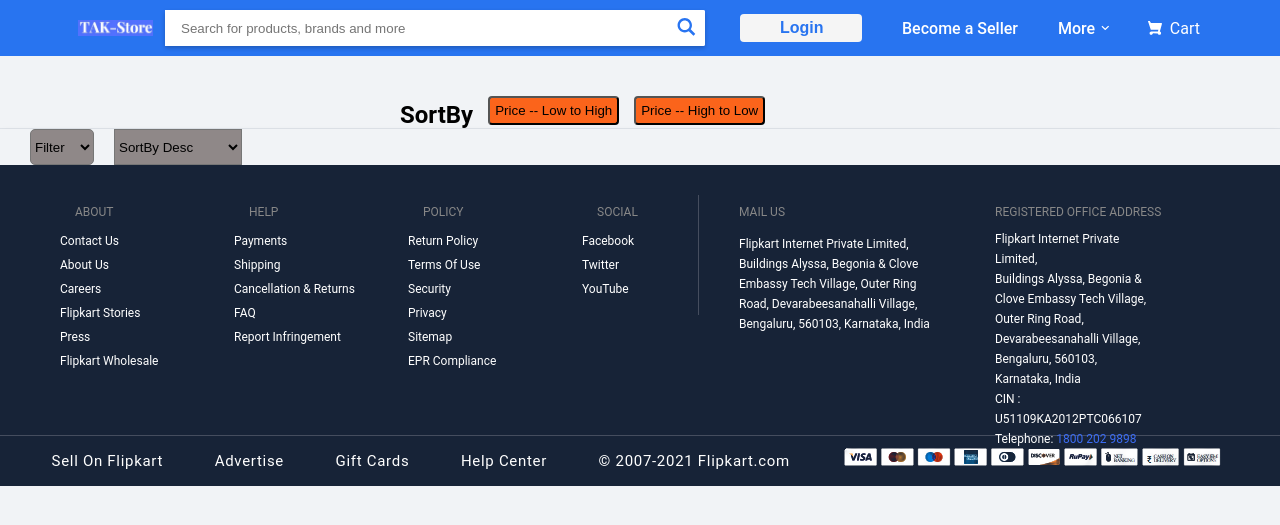
Repository: MSaifKhan01/TAK-Store
Page: PROJECT_Front/fashion.html
These files come from the project's save history. The page is drawn as it stood at one moment and after the next save; the edit follows.
The browser window is 1280 px wide. The pictures show the whole page.
The page's requests for data from a server got no answer.

Above is the page before, as saved 2023-07-22 01:06:59.

### PROJECT_Front/fashion.html
<!DOCTYPE html>
<html lang="en">

<head>
    <meta charset="UTF-8">
    <meta http-equiv="X-UA-Compatible" content="IE=edge">
    <meta name="viewport" content="width=device-width, initial-scale=1.0">
    <title>Document</title>
    <link rel="stylesheet" type="text/css" href="./CSS/fashion.css">
    <style>

    </style>
</head>

<body>
    <header>
        <div class="nav-container">
            <div class="logo">
                <img src="./flipkart images/TAK_store4.jpg"
                    alt="logo">
            </div>
            <div class="search">
                <div class="search-container">
                    <input id="searcBox" type="text" class="search-box" placeholder="Search for products, brands and more">
                    <button id="searchBtn" class="search-btn">
                        <svg width="20" height="20" viewBox="0 0 17 18" class="" xmlns="http://www.w3.org/2000/svg">
                            <g fill="#2874F1" fill-rule="evenodd">
                                <path class="_34RNph"
                                    d="m11.618 9.897l4.225 4.212c.092.092.101.232.02.313l-1.465 1.46c-.081.081-.221.072-.314-.02l-4.216-4.203">
                                </path>
                                <path class="_34RNph"
                                    d="m6.486 10.901c-2.42 0-4.381-1.956-4.381-4.368 0-2.413 1.961-4.369 4.381-4.369 2.42 0 4.381 1.956 4.381 4.369 0 2.413-1.961 4.368-4.381 4.368m0-10.835c-3.582 0-6.486 2.895-6.486 6.467 0 3.572 2.904 6.467 6.486 6.467 3.582 0 6.486-2.895 6.486-6.467 0-3.572-2.904-6.467-6.486-6.467">
                                </path>
                            </g>
                        </svg>
                    </button>
                </div>
            </div>
            <div class="login">
                <div class="dropdown">
                    <!-- onclick="myFunction()" -->
                    <button  class="dropbtn">Login</button>
                    <div id="myDropdown" class="dropdown-content">
                        <a href="login.html">Login</a>
                        <a href="signup.html">Register</a>
                        <a href="product.html">Admin</a>
                    </div>
                </div>
                <!-- <button>
                    <a style="text-decoration: none;" href="login.html">Login</a>

                </button> -->
            </div>
            <div class="become-seller">
                Become a Seller
            </div>
            <div class="more">
                More
                <svg width="4.7" height="8" viewBox="0 0 16 27" xmlns="http://www.w3.org/2000/svg" class="zZ3yfL">
                    <path d="M16 23.207L6.11 13.161 16 3.093 12.955 0 0 13.161l12.955 13.161z" fill="#fff"
                        class="_2gTTdy"></path>
                </svg>
            </div>
            <div class="cart">
                <svg class="V3C5bO" width="14" height="14" viewBox="0 0 16 16" xmlns="http://www.w3.org/2000/svg">
                    <path class="_1bS9ic"
                        d="M15.32 2.405H4.887C3 2.405 2.46.805 2.46.805L2.257.21C2.208.085 2.083 0 1.946 0H.336C.1 0-.064.24.024.46l.644 1.945L3.11 9.767c.047.137.175.23.32.23h8.418l-.493 1.958H3.768l.002.003c-.017 0-.033-.003-.05-.003-1.06 0-1.92.86-1.92 1.92s.86 1.92 1.92 1.92c.99 0 1.805-.75 1.91-1.712l5.55.076c.12.922.91 1.636 1.867 1.636 1.04 0 1.885-.844 1.885-1.885 0-.866-.584-1.593-1.38-1.814l2.423-8.832c.12-.433-.206-.86-.655-.86"
                        fill="#fff"></path>
                </svg>
                <a href="./addTocart.html" style="text-decoration: none;color: white;"><p>Cart <span id="span"></span></p></a>
            </div>
        </div>
    </header>
    <div class="sort">
        <h2>SortBy</h2>
        <button id="sort1">Price -- Low to High</button>
        <button id="sort2">Price -- High to Low</button>
    </div>
    <div class="main">
        <div class="leftdiv">
            <!-- filter part -->
            <div style="display: flex; margin-left: 30px; gap: 20px;">


                <div>
                    <select name="filter" id="filter">
                        <option value="filter">Filter</option>
                    </select>
                </div>
                <div>
                    <select name="featured" id="featured" data-bs-toggle="tooltip" data-bs-title="Another tooltip">
                        <option value="">SortBy Desc</option>
                        <option value="atoz">A To Z</option>
                        <option value="ztoa">Z To A</option>

                    </select>
                </div>
            </div>
        </div>
        <div class="bestofElctronic_product_item">

        </div>
    </div>



    </div>
    </div>
    <!-- footer -->

    <footer>

        <div class="footer-row">
            <div class="footer-col-1">
                <div class="footer-heading">
                    <p>ABOUT</p>
                </div>
                <div class="footer-list">
                    <a href="#">Contact Us</a>
                    <a href="#">About Us</a>
                    <a href="#">Careers</a>
                    <a href="#">Flipkart Stories</a>
                    <a href="#">Press</a>
                    <a href="#">Flipkart Wholesale</a>
                </div>
            </div>
            <div class="footer-col-2">
                <div class="footer-heading">
                    <p>HELP</p>
                </div>
                <div class="footer-list">
                    <a href="#">Payments</a>
                    <a href="#">Shipping</a>
                    <a href="#">Cancellation & Returns</a>
                    <a href="#">FAQ</a>
                    <a href="#">Report Infringement</a>

                </div>
            </div>
            <div class="footer-col-3">
                <div class="footer-heading">
                    <p>POLICY</p>
                </div>
                <div class="footer-list">
                    <a href="#">Return Policy</a>
                    <a href="#">Terms Of Use</a>
                    <a href="#">Security</a>
                    <a href="#">Privacy</a>
                    <a href="#">Sitemap</a>
                    <a href="#">EPR Compliance</a>
                </div>
            </div>
            <div class="footer-col-4">
                <div class="footer-heading">
                    <p>SOCIAL</p>
                </div>
                <div class="footer-list">
                    <a href="#">Facebook</a>
                    <a href="#">Twitter</a>
                    <a href="#">YouTube</a>

                </div>
            </div>

            <div class="footer-col-5">
                <div class="footer-heading">
                    <p>Mail Us</p>
                </div>
                <div class="footer-list">
                    <p>Flipkart Internet Private Limited,
                        Buildings Alyssa, Begonia &
                        Clove Embassy Tech Village,
                        Outer Ring Road, Devarabeesanahalli Village,
                        Bengaluru, 560103,
                        Karnataka, India</p>

                </div>
            </div>

            <div class="footer-col-6">
                <div class="footer-heading">
                    <p>Registered Office Address</p>
                </div>
                <div class="footer-list-address">
                    <p>Flipkart Internet Private Limited,</p>
                    <p>Buildings Alyssa, Begonia &</p>
                    <p>Clove Embassy Tech Village,</p>
                    <p>Outer Ring Road, Devarabeesanahalli Village,</p>
                    <p>Bengaluru, 560103,</p>
                    <p>Karnataka, India</p>
                    <p>CIN : U51109KA2012PTC066107</p>
                    <p> Telephone:<span> 1800 202 9898</span></p>

                </div>
            </div>
        </div>
        <div class="footer-row2">
            <div class="footer-row2-col">
                <p> <i class="fas fa-shopping-bag"></i>Sell On Flipkart</p>
            </div>
            <div class="footer-row2-col">
                <p><i class="fas fa-star"></i>Advertise</p>
            </div>
            <div class="footer-row2-col">
                <p><i class="fas fa-gift"></i>Gift Cards</p>
            </div>
            <div class="footer-row2-col">
                <p><i class="fas fa-question-circle"></i>Help Center</p>
            </div>
            <div class="footer-row2-col">
                <p>© 2007-2021 Flipkart.com</p>
            </div>
            <div class="footer-row2-col">
                <img src="./flipkart images/payment.png" alt="payments">
            </div>
        </div>
    </footer>
</body>

<script>
//     let bestofElctronic_product_itemEl = document.querySelector(".bestofElctronic_product_item")
//     let CartArr = JSON.parse(localStorage.getItem("length")) || [];

//     span.innerText=CartArr

//     fetch("http://localhost:8000/fashion", {
//         method: "GET",
//         headers: {
//             //   authorization: `${sessionStorage.getItem("token")}`,

//             "content-type": "application/json",
//         },
//     })
//         .then((res) => {
//             return res.json();
//         })
//         .then((data) => {

//             display(data);
//             searchbar(data)
//             console.log(data);
//             // display(sorted1)
//         });


//         let sort1=document.getElementById("sort1")
//         sort1.addEventListener("click",()=>{
//             sorting1()
//         })
//         function sorting1(){

//             fetch("http://localhost:8000/fashion/sort1", {
//         method: "GET",
//         headers: {
//             //   authorization: `${sessionStorage.getItem("token")}`,
//             "content-type": "application/json",
//         },
//     })
//         .then((res) => {
//             return res.json();
//         })
//         .then((data) => {
//             console.log(data);
//             display(data);
//             // display(sorted1)
//         });
//         }

//         let sort2=document.getElementById("sort2")
//         sort2.addEventListener("click",()=>{
//             sorting2()
//         })
//         function sorting2(){

//             fetch("http://localhost:8000/fashion/sort2", {
//         method: "GET",
//         headers: {
//             //   authorization: `${sessionStorage.getItem("token")}`,
//             "content-type": "application/json",
//         },
//     })
//         .then((res) => {
//             return res.json();
//         })
//         .then((data) => {
//             console.log(data);
//             display(data);
//             // display(sorted1)
//         });
//         }

//         let featured=document.getElementById("featured")
//         function sorting3(){

//            fetch("http://localhost:8000/fashion/sort3", {
//        method: "GET",
//        headers: {
//            //   authorization: `${sessionStorage.getItem("token")}`,
//            "content-type": "application/json",
//        },
//    })
//        .then((res) => {
//            return res.json();
//        })
//        .then((data) => {
//            console.log(data);
//            display(data);

//        });
//        }
//         function sorting4(){

//            fetch("http://localhost:8000/fashion/sort4", {
//        method: "GET",
//        headers: {
//            //   authorization: `${sessionStorage.getItem("token")}`,
//            "content-type": "application/json",
//        },
//    })
//        .then((res) => {
//            return res.json();
//        })
//        .then((data) => {
//            console.log(data);
//            display(data);

//        });
//        }
//   featured.addEventListener("change",()=>{

//     if(featured.value=="atoz"){
//         sorting3()

//     }else if(featured.value=="ztoa"){
//         sorting4()

//     }

//   })

//   function searchbar(data){
//     let search = document.getElementById("searcBox");
//     search.addEventListener("input", (e) => {
//       e.preventDefault();
//       const value = e.target.value;

//       let newArr = data.filter(element => {

//         return element.size.toLowerCase().includes(value) || element.description.toLowerCase().includes(value);

//       })
//       console.log(data)
//       display(newArr)

//     })

// }



//     function display(data) {

//         bestofElctronic_product_itemEl.innerHTML = null
//         data.forEach(el => {
//             let card = document.createElement("div")
//             card.classList.add("card")
//             let link1 = document.createElement("a")
//             link1.classList.add("BestofElectronic_item")
//             link1.link = el.link
//             let div1 = document.createElement("div")
//             div1.classList.add("bestOfElectornic_image_Product")
//             let img = document.createElement("img")
//             img.src = el.image
//             let div2 = document.createElement("div")
//             div2.classList.add("bestofElectronicmoreOption")

//             let p = document.createElement("p")
//             p.classList.add("bestofElectornicProduct_name")
//             p.innerText = el.description
//             let p2 = document.createElement("p")
//             p2.classList.add("bestofElecronic_discount")
//             p2.innerText = `₹${el.new_price}`
//             let p3 = document.createElement("p")
//             p3.classList.add("bestofElectronic_brand")
//             p3.innerText = el.hidden_stars

//             p3.style.color = 'red'
//             let p4 = document.createElement("p")
//             p4.innerText=el.quantity
//             let div3 = document.createElement("div")
//             div3.classList.add("btndiv")
//             let btn1 = document.createElement("button")
//             btn1.innerText = "Show Details"
//             let btn2 = document.createElement("button")
//             btn2.innerText = "Add to Cart"

//             div1.append(img)
//             div3.append(btn1, btn2)
//             div2.append(p, p2, p3, div3)
//             link1.append(div1, div2)
//             card.append(link1)

//             bestofElctronic_product_itemEl.append(card)


//             btn2.addEventListener("click", () => {
//         // if (checkDuplicate(data)) {
//         //   alert("Product Already in Cart")
//         // } else {
//         //   CartArr.push(el);
//         //   localStorage.setItem("cart", JSON.stringify(CartArr));
//         //   alert("Product Added To Cart")
//         //   window.location.href = "./addTocart.html"
//         // }
// // console.log(el)
// let token=sessionStorage.getItem("token")

//         if(token){
//             fetch(`http://localhost:8000/cart/Fashion/${el._id}`,{

// method:"POST",
// headers:{
//     "Content-Type":"application/json",
//     "Authorization":`${sessionStorage.getItem("token")}`
// }
// // body:JSON.stringify(el)
// })
// .then((res)=>{
// return res.json()
// })
// .then((data)=>{
// // console.log(data)

// if(data.ok){
// alert(data.msg)
// }
// else{
// alert(data.msg)
// }
// // data.push({...el,qty:1})
// // alert("Product added to cart")
// console.log(data)
// })
// .catch((err)=>{
// console.log(err)
// })
//         }else{
//             alert("You need to login")
//         }

//       })




//         })


//     }





// //     function checkDuplicate(data) {
// //     for (let i = 0; i < CartArr.length; i++) {

// //       if (CartArr[i]._id === data._id) {
// //         return true;

// //       }
// //     }
// //     return false;
// //   }


</script>

</html>

<script src="./JS/fashion.js"></script>

### PROJECT_Front/CSS/fashion.css
* {
    margin: 0;
    padding: 0;
    box-sizing: border-box;
}

body {
    font-family: 'Roboto', sans-serif;
    background-color: #f1f3f6;
    width: 100%;
}

:root {
    --primary-color: #2874f0;
}

.container {
    padding: 0 8px;
}

/* <---navbar1 ---> start*/

header {
    background-color: var(--primary-color);
    height: 56px;
    position: sticky;
    margin-top: 0px;
}

header .nav-container {
    display: flex;
    /* justify-content: space-between; */
    align-items: center;
    height: 100%;
    max-width: 1248px;
    margin: 0 auto;
}

header .nav-container .logo {
    display: flex;
    min-width: 137px;
    justify-content: flex-end;
}

header .nav-container .logo img {
    width: 75px;
}

header .search {
    height: 100%;
    display: flex;
    align-items: center;
    margin-left: 12px;
}

@media only screen and (max-width: 700px) {
    header .search {
        display: none;
    }

    header {
        background-color: var(--primary-color);
        height: 56px;
        width: 100%;
        position: sticky;
        margin-top: 0px;
    }

    .bestofElctronic_product_item {

        display: grid;
        width: 80%;
        gap: 15px;
        grid-template-columns: repeat(2, 1fr);
        overflow: hidden;
    }

    .leftdiv {
        /* width: 20%; */
        display: none;
    }
    footer {
    background-color: #172337;
    height: 332;
    width: 100%;
}
.footer-row2-col img{
    display: none;
}
}

header .search .search-container {
    width: 540px;
    height: 36px;
    background-color: white;
    border-radius: 2px;
    box-shadow: 0 2px 4px 0 rgb(0 0 0 / 23%);
    display: flex;
}

header .search .search-container input {
    width: calc(100% - 32px);
    padding: 16px;
    outline: none;
    border: none;
}

header .search .search-container button {
    width: 36px;
    height: 100%;
    padding: 0 8px;
    display: flex;
    justify-content: center;
    align-items: center;
    border: none;
    background-color: white;
    border-radius: 0 2px 2px 0;
    cursor: pointer;
}

.main>ul>li>a {
    color: #140d29;
    font-weight: 800;
    text-decoration: none;
    font-size: 14px;

}

.megamenu {
    background-color: white;

    position: absolute;
    top: 100%;
    left: 0px;
    width: 100%;
    display: flex;
    opacity: 0;
    visibility: hidden;
    box-shadow: rgba(100, 100, 111, 0.2) 0px 7px 29px 0px;

}


.dropbtn {
    background-color: whitesmoke;
    color: white;
    padding: 16px;
    font-size: 16px;
    border: none;
    cursor: pointer;
}

.dropbtn:hover,
.dropbtn:focus {
    background-color: #2980B9;
}

.dropdown {
    position: relative;
    display: inline-block;
}

.dropdown-content {
    display: none;
    position: absolute;
    background-color: #f1f1f1;
    min-width: 160px;
    overflow: auto;
    box-shadow: 0px 8px 16px 0px rgba(0, 0, 0, 0.2);
    z-index: 1;
}

.dropdown-content a {
    color: black;
    padding: 12px 16px;
    text-decoration: none;
    display: block;
}

.dropdown a:hover {
    background-color: #ddd;
}

.show {
    display: block;
}

header .login {
    height: 100%;
    display: flex;
    align-items: center;
    margin: 0 20px;
}

header .login button {
    width: 122px;
    padding: 5px 40px;
    font-size: 16px;
    font-weight: 600;
    color: var(--primary-color);
}

header .become-seller {
    height: 100%;
    display: flex;
    align-items: center;
    margin: 0 20px;
    color: white;
    font-size: 16px;
    font-weight: 500;
}

header .more {
    height: 100%;
    display: flex;
    align-items: center;
    margin: 0 20px;
    color: white;
    font-size: 16px;
    font-weight: 500;
}

header .more svg {
    margin-left: 8px;
    rotate: -90deg;
}

header .cart {
    height: 100%;
    display: flex;
    /* position: relative; */
    align-items: center;
    margin: 0 20px;
    color: white;
}

header .cart svg {
    margin-right: 8px;
}

/* <---navbar1 ---> end*/

.BestofElectronic_item {
    background-color: white;
    min-width: 210px;
    max-width: 210px;
    height: 310px;
    position: relative;
    display: flex;

    align-items: center;
    flex-direction: column;
}



.bestOfElectornic_image_Product img {
    width: 90%;
    margin-top: 13px;
    max-height: 210px;
    display: flex;
    justify-content: center;
    align-items: center;

}

.bestofElectornicProduct_name {
    font-size: 15px;
    padding: 5px;
    letter-spacing: 0.5px;
}

.bestofElecronic_discount {
    color: #388e3c;
}

.bestofElectronic_brand {
    color: rgb(143, 136, 136);
}
#featured{
width: 10vw;
height: 5vh;
background-color: rgb(143, 136, 136);
}
#filter{
width: 5vw;
border-radius: 5px;
height: 5vh;
background-color: rgb(143, 136, 136);
}
.main {
    display: flex;
    box-shadow: rgba(9, 30, 66, 0.25) 0px 4px 8px -2px, rgba(9, 30, 66, 0.08) 0px 0px 0px 1px;
}

.leftdiv {
    width: 20%;
}

.bestofElctronic_product_item {

    display: grid;
    width: 80%;
    gap: 15px;
    grid-template-columns: repeat(4, 1fr);
    overflow: hidden;
}

.bestofElectronic_brand {
    font-size: 12px;
    padding-top: 7px;
}

.bestofElectornicProduct_name {
    color: #000;
}

.card {
    /* box-sizing: border-box; */
    margin-top: 50px;
    height: 55vh;
    box-shadow: rgba(0, 0, 0, 0.35) 0px 5px 15px;
}

div>button {
    background-color: #fb641b;
    border-radius: 5px;
    margin-left: 15px;
    border-radius: 4px;
    height: 4vh;
    padding: 5px;


}

div>p {
    margin-left: 15px;
}

.sort {
    display: flex;
    margin: 40px 0px 0px 400px;

}

.sort h2 {
    margin-top: 5px;
    color: #000;
}

/* .sort button{


} */

/* <!-- footer --> */
footer {
    background-color: #172337;
    height: 332;
}

.footer-row {
    width: 100%;
    height: 270px;
    display: flex;
    padding: 30px 60px;
}

.footer-row2 {
    display: flex;
    border-top: 1px solid #454d5e;
    justify-content: space-evenly;
}

.footer-col-1 {
    width: 15%;
}

.footer-col-2 {
    width: 15%;
}

.footer-col-3 {
    width: 15%;
}

.footer-col-4 {
    width: 10%;
}

.footer-col-5 {
    width: 20%;
    border-left: 1px solid #454d5e;
    height: 120px;
    padding-left: 25px;
}

.footer-col-6 {
    width: 20%;
    padding-left: 50px;
}

.footer-heading p {
    color: #878787;
    font-size: 12px;
    font-weight: 400;
    text-align: left;
    padding: 10px 0px;
    cursor: pointer;
    text-transform: uppercase;
}

.footer-list a {
    text-align: left;
    display: block;
    text-decoration: none;
    text-transform: capitalize;
    color: white;
    font-size: 12px;
    font-weight: 400;
    padding: 5px 0px;
}

.footer-list a:hover {
    text-decoration: underline;
}

.footer-list p {
    text-align: left;
    display: block;
    color: white;
    font-size: 12px;
    font-weight: 100px;
    padding: 5px 0px;
    line-height: 20px;
    cursor: pointer;
}

.footer-list-address p {
    text-align: left;
    display: block;
    color: white;
    font-size: 12px;
    font-weight: 100px;
    line-height: 20px;
    cursor: pointer;
}

.footer-list-address span {
    color: rgb(60, 109, 245);
    cursor: pointer;
}

.footer-row2-col p {
    color: white;
    font-size: 15px;
    font-weight: 100px;
    line-height: 20px;
    cursor: pointer;
    text-align: center;
    line-height: 50px;
    letter-spacing: .7px;
}

Loaded but not shown: PROJECT_Front/JS/fashion.js (255 lines, source omitted)

After the next save:
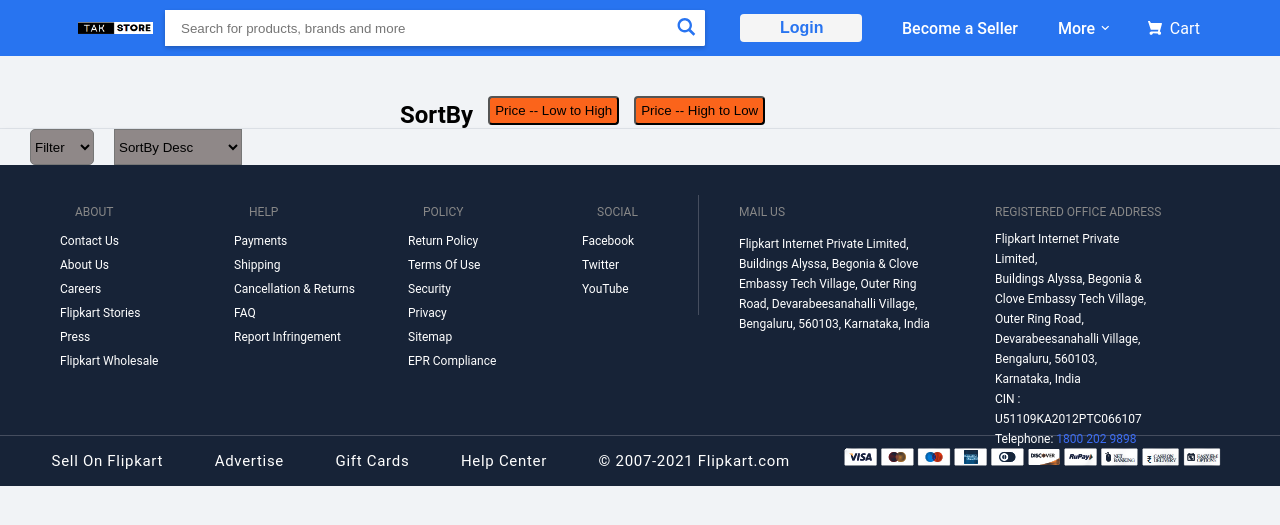
Saved 33 s later.
--- a/PROJECT_Front/fashion.html
+++ b/PROJECT_Front/fashion.html
@@ -16,7 +16,7 @@
     <header>
         <div class="nav-container">
             <div class="logo">
-                <img src="./flipkart images/TAK_store4.jpg"
+                <img src="./flipkart images/Tak_logo.png"
                     alt="logo">
             </div>
             <div class="search">
